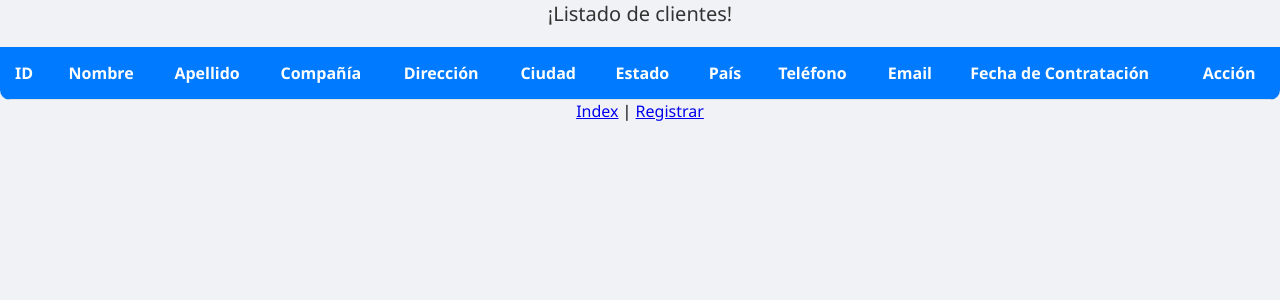
Repository: ANGELEDU141/EXAMEN-PROFE-RAUL
Page: http://localhost/demo/WEB-INF/views/Customer/listar.jsp
The author's editor kept a copy of each file at every save. The page is drawn from the files as they stood at one save, then again after the next save.
The browser window is 1280 px wide. The pictures show the whole page.
The page is served by Tomcat 9. Nobody is signed in. Other server files are loaded and not shown. The template is opened directly, without the code that normally fills it, so the values that code supplies are empty.

Above is the page before, as saved 2024-09-26 02:49:15.

### demo/src/main/webapp/WEB-INF/views/Customer/listar.jsp
<%@ page language="java" contentType="text/html; charset=ISO-8859-1"
    pageEncoding="ISO-8859-1"%>

<!-- JSTL core -->
<%@taglib prefix="c" uri="http://java.sun.com/jsp/jstl/core"%>

<!DOCTYPE html>
<html>
<head>
<meta charset="ISO-8859-1">
<title>Listar Clientes</title>
<style>
body {
    font-family: 'Segoe UI', Tahoma, Geneva, Verdana, sans-serif;
    background-color: #f0f2f5;
    margin: 0;
    padding: 0;
}

.container {
    width: 80%;
    margin: 20px auto;
    padding: 20px;
    background-color: #fff;
    box-shadow: 0 4px 8px rgba(0, 0, 0, 0.1);
    border-radius: 10px;
}

table {
    width: 100%;
    border-collapse: collapse;
    margin-bottom: 20px;
    background-color: #fff;
    border-radius: 10px;
    overflow: hidden;
}

th, td {
    padding: 15px;
    text-align: left;
    border-bottom: 1px solid #e0e0e0;
}

th {
    background-color: #007BFF;
    color: white;
    font-weight: bold;
}

caption {
    font-size: 28px;
    margin-bottom: 20px;
    color: #333;
    text-align: center;
}




</style>
</head>
<body>
    <div style="width: 100vw;">
        <table style="margin: 0px auto;">
            <caption style="font-size: 20px;">¡Listado de clientes!</caption>
            <tr>
                <th><b>ID</b></th>
                <th><b>Nombre</b></th>
                <th><b>Apellido</b></th>
                <th><b>Compañía</b></th>
                <th><b>Dirección</b></th>
                <th><b>Ciudad</b></th>
                <th><b>Estado</b></th>
                <th><b>País</b></th>
                <th><b>Teléfono</b></th>
                <th><b>Email</b></th>
                <th><b>Fecha de Contratación</b></th>
                <th><b>Acción</b></th>
            </tr>

            <c:forEach var="customer" items="${bCustomers}">
                <tr>
                    <td>${customer.customerId}</td>
                    <td>${customer.firstName}</td>
                    <td>${customer.lastName}</td>
                    <td>${customer.company}</td>
                    <td>${customer.address}</td>
                    <td>${customer.city}</td>
                    <td>${customer.state}</td>
                    <td>${customer.country}</td>
                    <td>${customer.phone}</td>
                    <td>${customer.email}</td>
                    <td>${customer.hireDate}</td>
                    <td>
                        <a href="/senati/customer/editar/${customer.customerId}">Editar</a>
                        <a href="/senati/customer/borrar/${customer.customerId}">Borrar</a>
                        <a href="/senati/customer/detalle/${customer.customerId}">Detalles</a>
                    </td>
                </tr>
            </c:forEach>
        </table>

        <div style="text-align: center;">
            <a href="/senati/index">Index</a> |
            <a href="/senati/customer/registrar">Registrar</a>
        </div>
    </div>
</body>
</html>

After the next save:
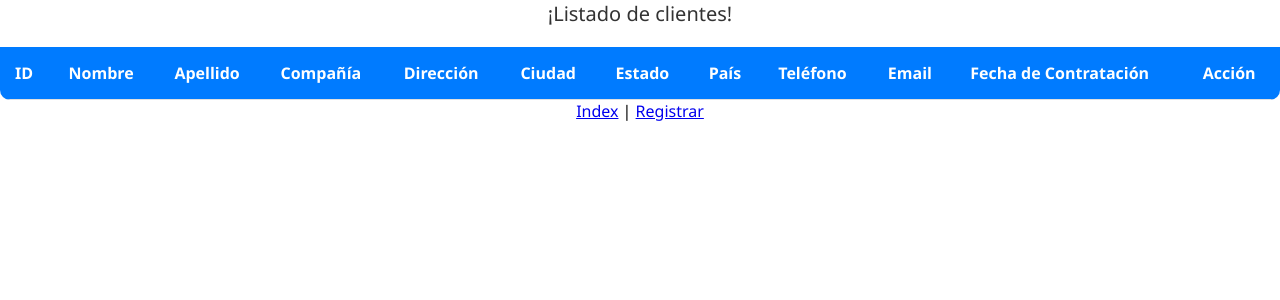
Saved 40 min 49 s later.
--- a/demo/src/main/webapp/WEB-INF/views/Customer/listar.jsp
+++ b/demo/src/main/webapp/WEB-INF/views/Customer/listar.jsp
@@ -12,7 +12,7 @@
 <style>
 body {
     font-family: 'Segoe UI', Tahoma, Geneva, Verdana, sans-serif;
-    background-color: #f0f2f5;
+    background-color: #f0f2g5;
     margin: 0;
     padding: 0;
 }
